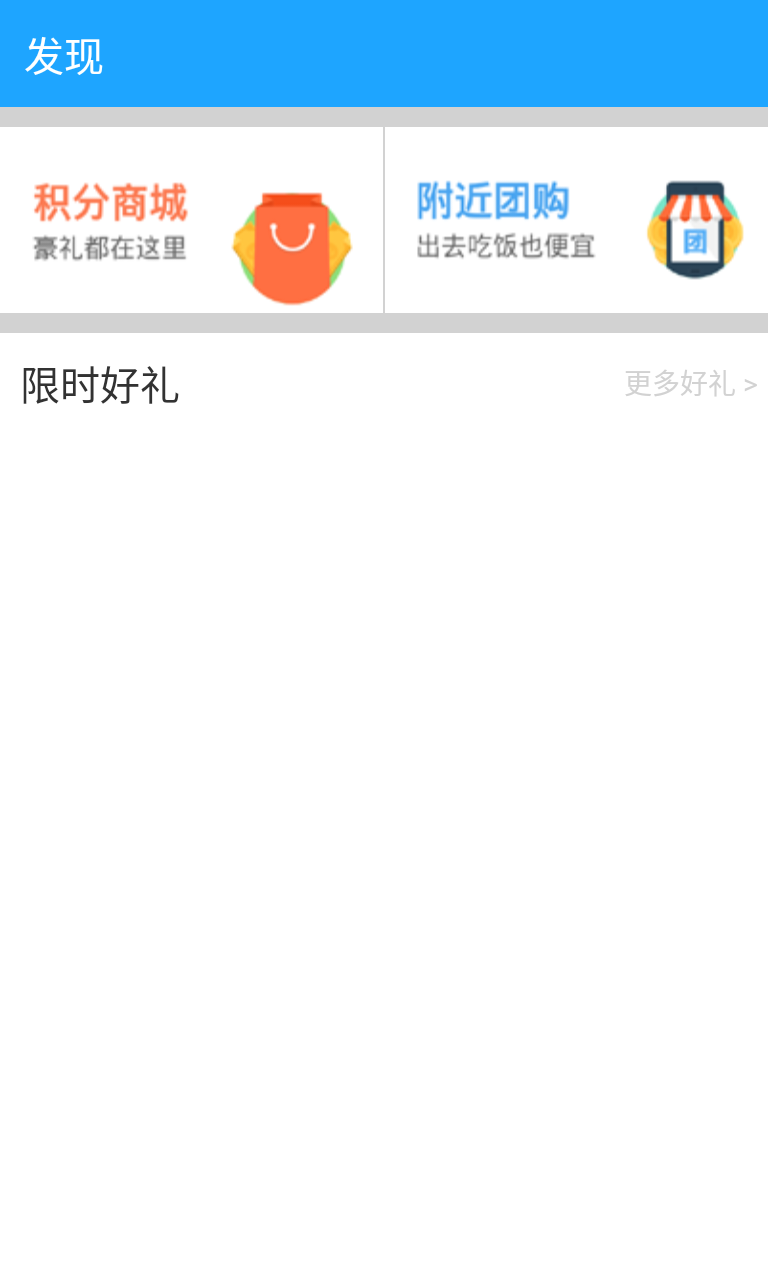
Repository: shi1hh/v
Layout: HungryTest/res/layout/fragment_faxian.xml
The author's editor kept a copy of each file at every save. The layout is drawn from the files as they stood at one save, then again after the next save.
It is drawn on a 768 x 1280 px phone screen (xhdpi) without system bars, with theme android:Theme.Light.NoTitleBar; the app's code is not run.

Above is the layout before, as saved 2015-10-25 03:38:58.

### HungryTest/res/layout/fragment_faxian.xml
<?xml version="1.0" encoding="utf-8"?>
<LinearLayout xmlns:android="http://schemas.android.com/apk/res/android"
    android:layout_width="match_parent"
    android:layout_height="match_parent"
    android:orientation="vertical" >

     <RelativeLayout
        android:layout_width="match_parent"
        android:layout_height="wrap_content"
        android:background="@color/blackground" >



        <TextView
      android:layout_width="wrap_content"
            android:layout_height="wrap_content"
            android:layout_alignParentLeft="true"
            android:layout_alignParentTop="true"
            android:layout_centerVertical="true"
            android:background="@color/blackground"
            android:gravity="center"
            style="@style/normal_text"
            android:text="@string/faxian_logo" />

        </RelativeLayout>
        <View
            android:layout_width="match_parent"
            android:layout_height="@dimen/divider_large"
            android:background="@color/divider"
            />
<LinearLayout
    android:layout_width="match_parent"
    android:layout_height="wrap_content"
    android:orientation="horizontal"
    >
        <Button
            android:id="@+id/button1"
                     android:layout_width="0dp"
            android:layout_weight="1"
            android:layout_height="wrap_content"
            android:background="@drawable/faxianjifen"/>
                <View
            android:layout_width="@dimen/divider_small"
    android:layout_height="match_parent"
            android:background="@color/divider"
            />
      <Button
            android:id="@+id/button2"
            android:layout_width="0dp"
            android:layout_height="wrap_content"
                        android:layout_weight="1"
                        android:background="@drawable/faxianfujingoumai" />
      </LinearLayout>
          <View
            android:layout_width="match_parent"
            android:layout_height="@dimen/divider_large"
            android:background="@color/divider"
            />
            <RelativeLayout
        android:layout_width="match_parent"
        android:layout_height="wrap_content" >

                <TextView
                    android:id="@+id/textView1"
                    android:layout_width="wrap_content"
                    android:layout_height="wrap_content"
                    android:layout_alignParentLeft="true"
                    android:layout_alignParentTop="true"
                    android:padding="10dp"
                    android:text="@string/faxian_xianshihaoli"
                    android:textSize="@dimen/faxian_timelimi" />

                <TextView
                    android:id="@+id/textView2"
                    android:layout_width="wrap_content"
                    android:layout_height="wrap_content"
                    android:layout_alignParentRight="true"
                    android:layout_centerVertical="true"
                    android:text="@string/faxian_gengduohaoli"
                    android:padding="@dimen/padding_faxian_gengduohaoli"
                    android:textColor="@color/text_gray_2" />

                   </RelativeLayout>

</LinearLayout>

### HungryTest/res/values/color.xml
<?xml version="1.0" encoding="utf-8"?>
<resources>
    <color name="sum">#ffffff</color>
    <color name="balance">#00FF7F</color>
    <color name="balance_text">#ffffff</color>
    <color name="lvlft_select">#ffffff</color>
    <color name="lvlft_black">#CFCFCF</color>
    <color name="white">#ffffff</color>
    <color name="navigation_bg">#F6F6F6</color>
      <color name="blackground">#1EA5FF</color>
      <color name="text_gray">#CCCCCC</color>
      <color name="waimai_divider">#EEEEEC</color>
      <color name="normal_text">#ffffff</color>
      <color name="blackground2">#eceeee</color>
      <color name="login_button">#60C04D</color>
      <color name="divider">#D2D2D2</color>
      <color name="text_gray_2">#D2D2D2</color>
</resources>

### HungryTest/res/values/styles.xml
<resources xmlns:android="http://schemas.android.com/apk/res/android">

    <!--
        Base application theme, dependent on API level. This theme is replaced
        by AppBaseTheme from res/values-vXX/styles.xml on newer devices.




    -->
    <style name="AppBaseTheme" parent="Theme.AppCompat.Light">
        <!--
            Theme customizations available in newer API levels can go in
            res/values-vXX/styles.xml, while customizations related to
            backward-compatibility can go here.




        -->
    </style>

    <!-- Application theme. -->
    <style name="AppTheme" parent="AppBaseTheme">
        <!-- All customizations that are NOT specific to a particular API-level can go here. -->
    </style>

    <style name="text">
        <item name="android:textSize">10sp</item>
        <item name="android:gravity">center_horizontal</item>
    </style>

    <style name="waimai_tb_text">
        <item name="android:textSize">13sp</item>
        <item name="android:gravity">center_horizontal</item>
    </style>

    <style name="waimai_money_text">
        <item name="android:textColor">#FF3030</item>
        <item name="android:textSize">20sp</item>
    </style>

    <style name="back">
        <item name="android:textColor">#ffffff</item>
        <item name="android:textSize">30sp</item>
        <item name="android:text">←</item>
    </style>

    <style name="waimai_store_name_textsize">
        <item name="android:textSize">20sp</item>
    </style>

    <style name="normal_text">
        <item name="android:textSize">20sp</item>
        <item name="android:textColor">#ffffff</item>
        <item name="android:padding">12dp</item>
    </style>

    <style name="login_">
        <item name="android:textSize">20sp</item>
        <item name="android:textColor">#ffffff</item>
        <item name="android:padding">10dp</item>
        <item name="android:gravity">center</item>
        <item name="android:text">登录</item>
    </style>

    <style name="forget_psw">
        <item name="android:textColor">#1EA5FF
</item>
        <item name="android:text">忘记密码?</item>
    </style>

    <style name="login_message">
        <item name="android:textColor">#1EA5FF
</item>
        <item name="android:text">短信验证码登录</item>
    </style>


</resources>

### HungryTest/res/values/strings.xml
<?xml version="1.0" encoding="utf-8"?>
<resources>

    <string name="app_name">HungryTest</string>
    <string name="hello_world">Hello world!</string>
    <string name="action_settings">Settings</string>
    <string name="navigation1">外卖</string>
 <string name="navigation2">订单</string>
  <string name="navigation3">发现</string>
   <string name="navigation4">我</string>
   <string name="waimai_tb1">便利店</string>
    <string name="waimai_tb2">品牌馆</string>
     <string name="waimai_tb3">水果</string>
      <string name="waimai_tb4">鲜花蛋糕</string>
       <string name="waimai_tb5">新店特惠</string>
        <string name="waimai_tb6">夜宵</string>
         <string name="waimai_tb7">预定早餐</string>
         <string name="dingdan_text1">订单</string>
         <string name="login_reg">注册</string>
         <string name="back">←</string>
         <string name="dingdan_dingdan">订单</string>
         <string name="dingdan_breakfast">早餐订单</string>
         <string name="login_psw_hint">登录密码</string>
         <string name="login_user_hint">手机/邮箱/用户名</string>
         <string name="login_login">登录</string>
         <string name="login_wx">微信</string>
         <string name="login_qq">QQ</string>
         <string name="login_xl">微博</string>
         <string name="faxian_logo">发现</string>
         <string name="faxian_xianshihaoli">限时好礼</string>
         <string name="faxian_gengduohaoli">更多好礼  ></string>

</resources>

### HungryTest/res/values/dimens.xml
<resources>

    <!-- Default screen margins, per the Android Design guidelines. -->
    <dimen name="activity_horizontal_margin">16dp</dimen>
    <dimen name="activity_vertical_margin">16dp</dimen>
<dimen name="login_usertop_margin">13dp</dimen>
<dimen  name="login_user_pendding">17dp</dimen>
<dimen name="divider_large">10dp</dimen>
<dimen name="divider_small">1dp</dimen>
<dimen name="faxian_timelimi">20sp</dimen>
<dimen name="padding_faxian_timelimi">10dp</dimen>
<dimen name="padding_faxian_gengduohaoli">5dp</dimen>
</resources>

After the next save:
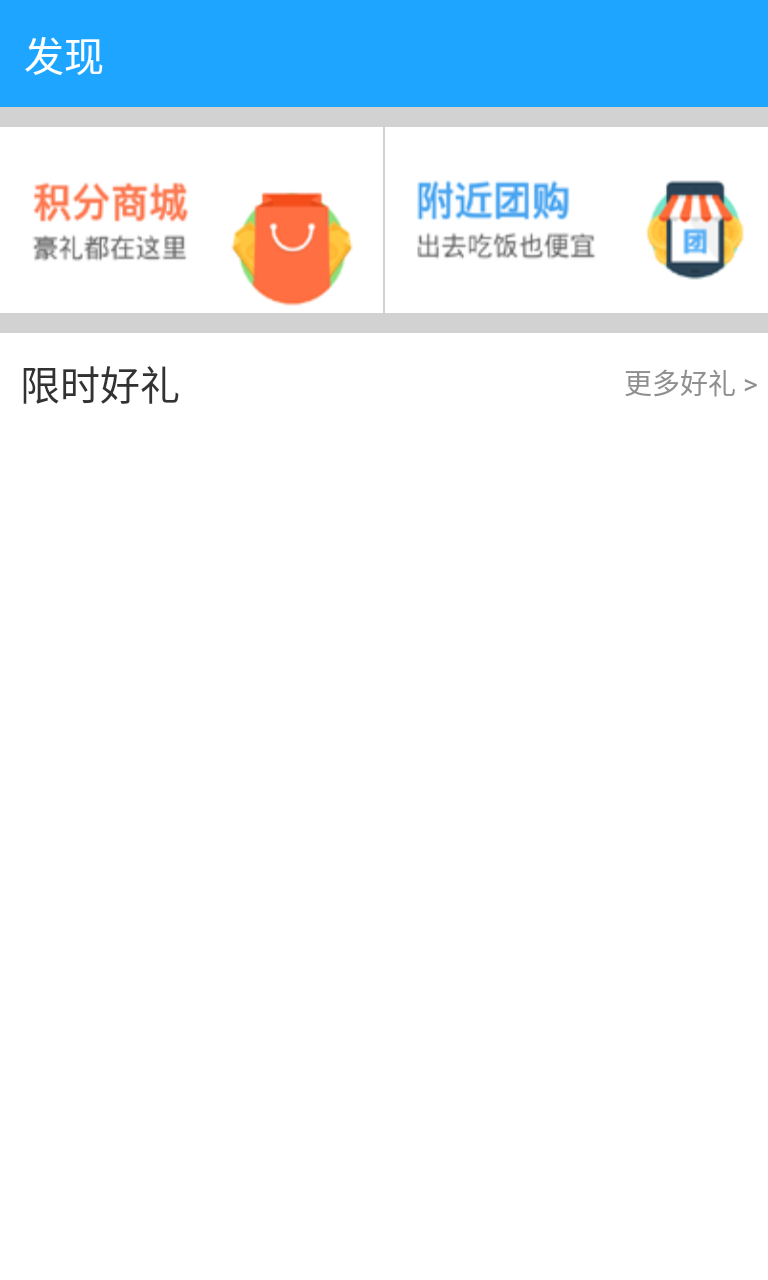
Saved 83 s later.
--- a/HungryTest/res/values/color.xml
+++ b/HungryTest/res/values/color.xml
@@ -14,5 +14,5 @@
       <color name="blackground2">#eceeee</color>
       <color name="login_button">#60C04D</color>
       <color name="divider">#D2D2D2</color>
-      <color name="text_gray_2">#D2D2D2</color>
+      <color name="text_gray_2">#8F8F8F</color>
 </resources>
